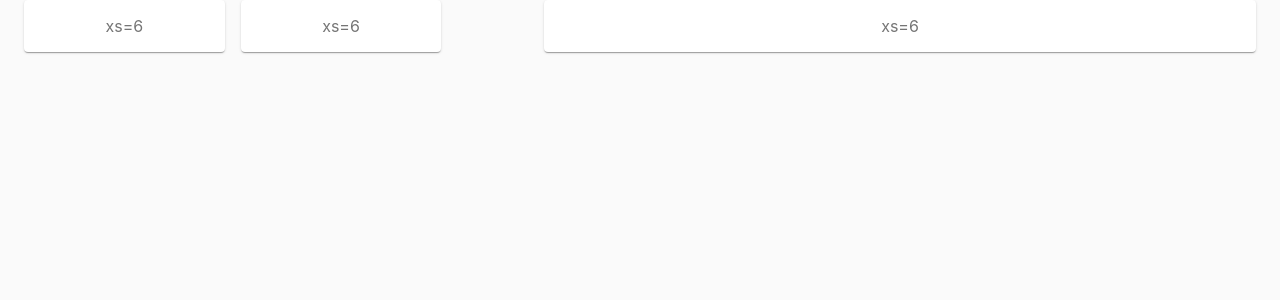
Repository: ranausama48/covid-tracker
Page: /
The author's editor kept a copy of each file at every save. The page is drawn from the files as they stood at one save, then again after the next save.
The browser window is 1280 px wide. The pictures show the whole page.
The page's requests for data from a server got no answer. The project was rebuilt for these pictures with package versions that can differ from the ones it lists, and the page was loaded fresh each time. No one was signed in, and anything a server would have sent is missing.

Above is the page before, as saved 2020-07-05 21:30:33.

After the next save:
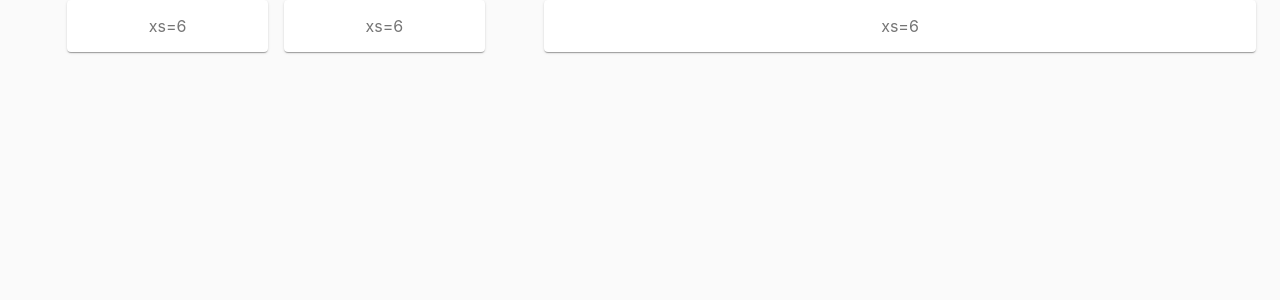
Saved 2 min 9 s later.
--- a/src/App.js
+++ b/src/App.js
@@ -38,7 +38,7 @@ function App() {
       <Container fluid>
         <Grid container spacing={2}>
           <Grid item md={5} xs={12}>
-            <Grid container spacing={2}>
+            <Grid container spacing={2} justify="center" alignItems="center">
               <Grid item md={5} xs={12}>
                 <Paper className={classes.paper}>xs=6</Paper>
               </Grid>
